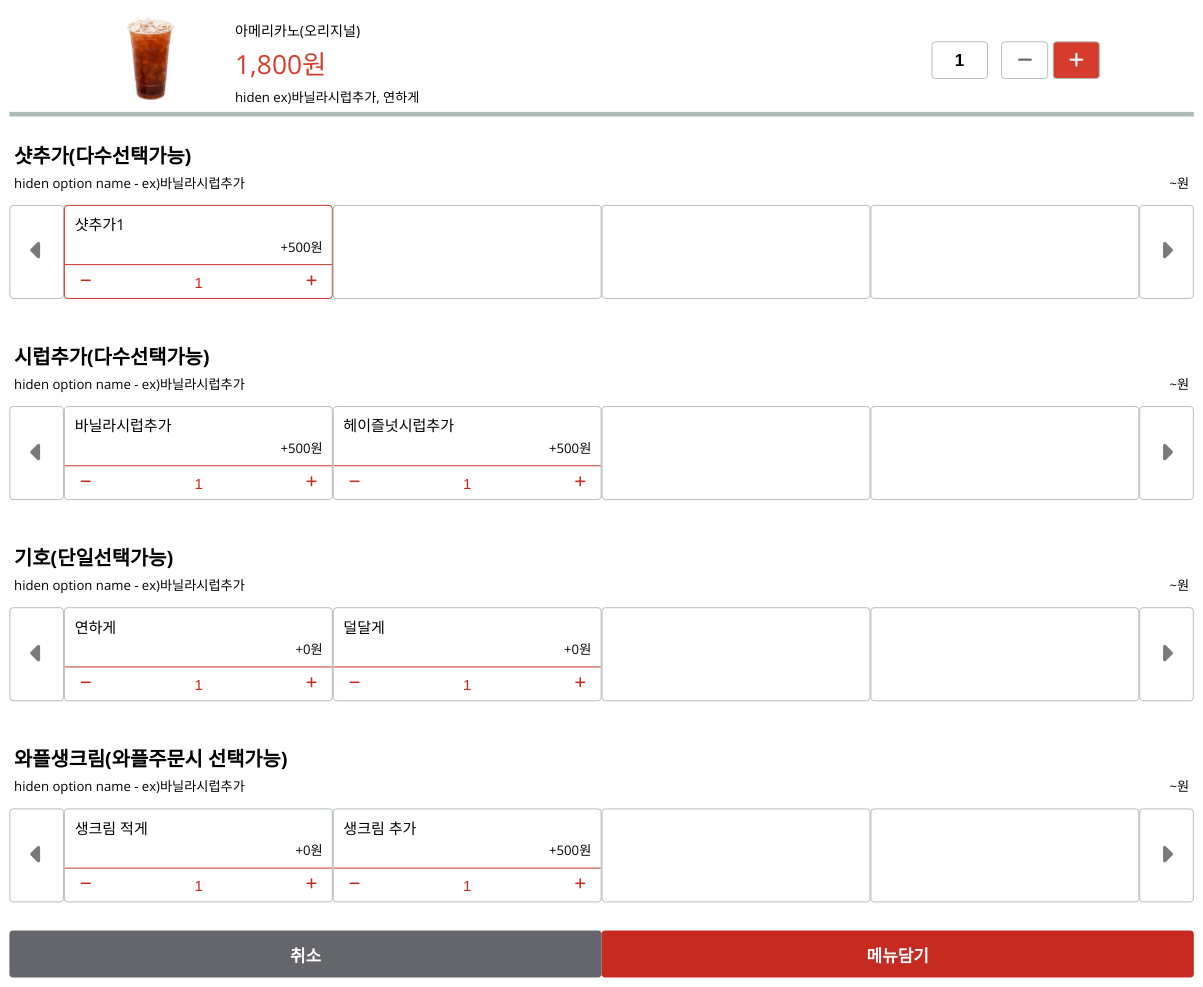
Repository: leebo-ram/tripleacoffee
Page: popup/options.html
These files come from the project's save history. The page is drawn as it stood at one moment and after the next save; the edit follows.
The browser window is 1280 px wide. The pictures show the whole page, at 94% of full size.
Some web libraries are served in a nearby version.

Above is the page before, as saved 2023-01-01 00:17:05.

### popup/options.html
<!DOCTYPE html>
<html lang="en">

<head>
  <meta charset="UTF-8">
  <meta http-equiv="X-UA-Compatible" content="IE=edge">
  <meta name="viewport" content="width=device-width, initial-scale=1.0">
  <title>Select options(옵션선택)</title>
  <meta name="description"
    content="tripleacoffee Portfolio for world-renowned software engineer Lee Bo-ram and Byeon Sang-woo">

  <link rel="icon" type="image/png" href="../img/0_logo/logo_h.jpg" />

  <!-- 무료icon 적용하기 -->
  <script src="https://kit.fontawesome.com/24a94e1bce.js" crossorigin="anonymous"></script>


  <!-- 글씨체 적용하기 -->
  <link href="https://fonts.googleapis.com/css2?family=Open+Sans:wght@400;600;700&display=swap" rel="stylesheet">
  <!-- css(font-글씨체) : font-family: 'Open Sans', sans-serif;-->

  <link rel="stylesheet" href="../style2.css">
  <script src="../main copy.js" defer></script>

</head>

<body>
  <!-- 메뉴 보이기  -->
  <section id="showMenu">
    <!-- 선택한 메뉴 보이기 -->
    <div class="show__menu">
      <img class="showMenu__img" src="../img/1_COFFEE/1_아메리카노.png" alt="아메리카노" />
    </div>

    <div class="showMenu__description">
      <p>아메리카노(오리지널)</p>
      <p class="showMenu__description_price">1,800원</p>
      <p class="option__text select__option nonselect__hiden">hiden ex)바닐라시럽추가, 연하게</p>
    </div>

    <!-- 선택한 메뉴 수량 증감Btn -->
    <div class="plusMinus">
      <input type="text" value="1" class="prod-quantity__input__menu" maxlength="2" autocomplete="off">

      <button class="showMenu__btn showMenu__minus__btn">
        <i class="fas fa-minus"></i>
      </button>

      <button class="showMenu__btn showMenu__plus__btn">
        <i class="fas fa-plus"></i>
      </button>
    </div>
  </section>
  <!-- option__discription!! -->
  <!-- 옵션사항 - 샷추가 -->
  <section id="options">
    <div class="option__discription">
      <h3>샷추가(다수선택가능)</h3>
      <ul class="option__text__hiden">
        <li>hiden option name - ex)바닐라시럽추가</li>
        <li> ~원</li>
      </ul>
    </div>

    <div class="prod-buy__quantity">

      <!-- arrow Btn(양끝 btn) -->
      <button class="options__arrow__left">
        <i class="fas fa-caret-left"></i>
      </button>
      <button class="options__arrow__right">
        <i class="fas fa-caret-right"></i>
      </button>

      <div class="prod-quantity__form selected">
        <p class="quantity__biscriptipn">샷추가1</p>
        <p class="quantity__price">+500원</p>

        <!-- 옵션 수량 증감Btn -->
        <div class="option__plusMinus">
          <input type="text" value="1" maxlength="2" autocomplete="off">

          <!-- plus botton -->
          <button class="prod-quantity__plus" type="button">
            <i class="fas fa-plus"></i>
          </button>

          <!-- minus botton -->
          <button class="prod-quantity__minus" type="button">
            <i class="fas fa-minus"></i>
          </button>
        </div>
      </div>

      <div class="prod-quantity__form">
        <!-- <p class="quantity__biscriptipn ">샷추가2</p>
                  <p class="quantity__price">+500원</p> -->

        <!-- 옵션 수량 증감Btn -->
        <!-- <div class="option__plusMinus">
                    <input type="text" value="1" maxlength="2" autocomplete="off"> -->

        <!-- plus botton -->
        <!-- <button class="prod-quantity__plus" type="button">
                      <i class="fas fa-plus"></i>
                    </button> -->

        <!-- minus botton -->
        <!-- <button class="prod-quantity__minus" type="button">
                      <i class="fas fa-minus"></i>
                    </button>
                  </div> -->
      </div>

      <div class="prod-quantity__form">
        <!-- <p class="quantity__biscriptipn ">샷추가3</p>
              <p class="quantity__price">+500원</p> -->

        <!-- 옵션 수량 증감Btn -->
        <!-- <div class="option__plusMinus ">
                <input type="text" value="1" maxlength="2" autocomplete="off"> -->

        <!-- plus botton -->
        <!-- <button class="prod-quantity__plus" type="button">
                  <i class="fas fa-plus"></i>
                </button> -->

        <!-- minus botton -->
        <!-- <button class="prod-quantity__minus" type="button">
                  <i class="fas fa-minus"></i>
                </button>
              </div> -->
      </div>

      <div class="prod-quantity__form">
        <!-- <p class="quantity__biscriptipn">샷추가4</p>
              <p class="quantity__price">+500원</p> -->

        <!-- 옵션 수량 증감Btn -->
        <!-- <div class="option__plusMinus">
                <input type="text" value="1" maxlength="2" autocomplete="off"> -->

        <!-- plus botton -->
        <!-- <button class="prod-quantity__plus" type="button">
                  <i class="fas fa-plus"></i>
                </button> -->

        <!-- minus botton -->
        <!-- <button class="prod-quantity__minus" type="button">
                  <i class="fas fa-minus"></i>
                </button>
              </div> -->
      </div>
    </div>
  </section>


  <!-- 옵션사항_시럽추가 -->
  <section id="options">
    <div class="option__discription">
      <h3>시럽추가(다수선택가능)</h3>
      <ul class="option__text__hiden">
        <li>hiden option name - ex)바닐라시럽추가</li>
        <li> ~원</li>
      </ul>
    </div>

    <div class="prod-buy__quantity">
      <!-- arrow Btn -->
      <button class="options__arrow__left">
        <i class="fas fa-caret-left"></i>
      </button>
      <button class="options__arrow__right">
        <i class="fas fa-caret-right"></i>
      </button>

      <div class="prod-quantity__form">
        <p class="quantity__biscriptipn">바닐라시럽추가</p>
        <p class="quantity__price">+500원</p>

        <!-- 옵션 수량 증감Btn -->
        <div class="option__plusMinus">
          <input type="text" value="1" maxlength="2" autocomplete="off">

          <!-- plus botton -->
          <button class="prod-quantity__plus" type="button">
            <i class="fas fa-plus"></i>
          </button>

          <!-- minus botton -->
          <button class="prod-quantity__minus" type="button">
            <i class="fas fa-minus"></i>
          </button>
        </div>
      </div>

      <div class="prod-quantity__form">
        <p class="quantity__biscriptipn ">헤이즐넛시럽추가</p>
        <p class="quantity__price">+500원</p>

        <!-- 옵션 수량 증감Btn -->
        <div class="option__plusMinus">
          <input type="text" value="1" maxlength="2" autocomplete="off">

          <!-- plus botton -->
          <button class="prod-quantity__plus" type="button">
            <i class="fas fa-plus"></i>
          </button>

          <!-- minus botton -->
          <button class="prod-quantity__minus" type="button">
            <i class="fas fa-minus"></i>
          </button>
        </div>
      </div>

      <div class="prod-quantity__form">
        <!-- <p class="quantity__biscriptipn ">샷추가3</p>
              <p class="quantity__price">+500원</p> -->

        <!-- 옵션 수량 증감Btn -->
        <!-- <div class="option__plusMinus ">
                <input type="text" value="1" maxlength="2" autocomplete="off"> -->

        <!-- plus botton -->
        <!-- <button class="prod-quantity__plus" type="button">
                  <i class="fas fa-plus"></i>
                </button> -->

        <!-- minus botton -->
        <!-- <button class="prod-quantity__minus" type="button">
                  <i class="fas fa-minus"></i>
                </button>
              </div> -->
      </div>

      <div class="prod-quantity__form">
        <!-- <p class="quantity__biscriptipn">샷추가4</p>
              <p class="quantity__price">+500원</p> -->

        <!-- 옵션 수량 증감Btn -->
        <!-- <div class="option__plusMinus">
                <input type="text" value="1" maxlength="2" autocomplete="off"> -->

        <!-- plus botton -->
        <!-- <button class="prod-quantity__plus" type="button">
                  <i class="fas fa-plus"></i>
                </button> -->

        <!-- minus botton -->
        <!-- <button class="prod-quantity__minus" type="button">
                  <i class="fas fa-minus"></i>
                </button>
              </div> -->
      </div>
    </div>
  </section>


  <!-- 옵션사항_기호(단일선택) -->
  <section id="options">
    <div class="option__discription">
      <h3>기호(단일선택가능)</h3>
      <ul class="option__text__hiden">
        <li>hiden option name - ex)바닐라시럽추가</li>
        <li> ~원</li>
      </ul>
    </div>

    <div class="prod-buy__quantity">
      <!-- arrow Btn -->
      <button class="options__arrow__left">
        <i class="fas fa-caret-left"></i>
      </button>
      <button class="options__arrow__right">
        <i class="fas fa-caret-right"></i>
      </button>

      <div class="prod-quantity__form">
        <p class="quantity__biscriptipn">연하게</p>
        <p class="quantity__price">+0원</p>

        <!-- 옵션 수량 증감Btn -->
        <div class="option__plusMinus">
          <input type="text" value="1" maxlength="2" autocomplete="off">

          <!-- plus botton -->
          <button class="prod-quantity__plus" type="button">
            <i class="fas fa-plus"></i>
          </button>

          <!-- minus botton -->
          <button class="prod-quantity__minus" type="button">
            <i class="fas fa-minus"></i>
          </button>
        </div>
      </div>

      <div class="prod-quantity__form">
        <p class="quantity__biscriptipn ">덜달게</p>
        <p class="quantity__price">+0원</p>

        <!-- 옵션 수량 증감Btn -->
        <div class="option__plusMinus">
          <input type="text" value="1" maxlength="2" autocomplete="off">

          <!-- plus botton -->
          <button class="prod-quantity__plus" type="button">
            <i class="fas fa-plus"></i>
          </button>

          <!-- minus botton -->
          <button class="prod-quantity__minus" type="button">
            <i class="fas fa-minus"></i>
          </button>
        </div>
      </div>

      <div class="prod-quantity__form">
        <!-- <p class="quantity__biscriptipn ">샷추가3</p>
              <p class="quantity__price">+500원</p> -->

        <!-- 옵션 수량 증감Btn -->
        <!-- <div class="option__plusMinus ">
                <input type="text" value="1" maxlength="2" autocomplete="off"> -->

        <!-- plus botton -->
        <!-- <button class="prod-quantity__plus" type="button">
                  <i class="fas fa-plus"></i>
                </button> -->

        <!-- minus botton -->
        <!-- <button class="prod-quantity__minus" type="button">
                  <i class="fas fa-minus"></i>
                </button>
              </div> -->
      </div>

      <div class="prod-quantity__form">
        <!-- <p class="quantity__biscriptipn">샷추가4</p>
              <p class="quantity__price">+500원</p> -->

        <!-- 옵션 수량 증감Btn -->
        <!-- <div class="option__plusMinus">
                <input type="text" value="1" maxlength="2" autocomplete="off"> -->

        <!-- plus botton -->
        <!-- <button class="prod-quantity__plus" type="button">
                  <i class="fas fa-plus"></i>
                </button> -->

        <!-- minus botton -->
        <!-- <button class="prod-quantity__minus" type="button">
                  <i class="fas fa-minus"></i>
                </button>
              </div> -->
      </div>
    </div>
  </section>


  <!-- 옵션사항_기호(단일선택):와플생크림 적게 -->
  <section id="options">
    <div class="option__discription">
      <h3 class="option__text">와플생크림(와플주문시 선택가능)</h3>
      <ul class="option__text__hiden">
        <li class="nonSelect__hiden">hiden option name - ex)바닐라시럽추가</li>
        <li class="nonSelect__hiden"> ~원</li>
      </ul>
    </div>

    <div class="prod-buy__quantity">
      <!-- arrow Btn -->
      <button class="options__arrow__left">
        <i class="fas fa-caret-left"></i>
      </button>
      <button class="options__arrow__right">
        <i class="fas fa-caret-right"></i>
      </button>

      <div class="prod-quantity__form">
        <p class="quantity__biscriptipn">생크림 적게</p>
        <p class="quantity__price">+0원</p>

        <!-- 옵션 수량 증감Btn -->
        <div class="option__plusMinus">
          <input type="text" value="1" maxlength="2" autocomplete="off">

          <!-- plus botton -->
          <button class="prod-quantity__plus" type="button">
            <i class="fas fa-plus"></i>
          </button>

          <!-- minus botton -->
          <button class="prod-quantity__minus" type="button">
            <i class="fas fa-minus"></i>
          </button>
        </div>
      </div>

      <div class="prod-quantity__form">
        <p class="quantity__biscriptipn ">생크림 추가</p>
        <p class="quantity__price">+500원</p>

        <!-- 옵션 수량 증감Btn -->
        <div class="option__plusMinus">
          <input type="text" value="1" maxlength="2" autocomplete="off">

          <!-- plus botton -->
          <button class="prod-quantity__plus" type="button">
            <i class="fas fa-plus"></i>
          </button>

          <!-- minus botton -->
          <button class="prod-quantity__minus" type="button">
            <i class="fas fa-minus"></i>
          </button>
        </div>
      </div>

      <div class="prod-quantity__form">
        <!-- <p class="quantity__biscriptipn ">샷추가3</p>
              <p class="quantity__price">+500원</p> -->

        <!-- 옵션 수량 증감Btn -->
        <!-- <div class="option__plusMinus ">
                <input type="text" value="1" maxlength="2" autocomplete="off"> -->

        <!-- plus botton -->
        <!-- <button class="prod-quantity__plus" type="button">
                  <i class="fas fa-plus"></i>
                </button> -->

        <!-- minus botton -->
        <!-- <button class="prod-quantity__minus" type="button">
                  <i class="fas fa-minus"></i>
                </button>
              </div> -->
      </div>

      <div class="prod-quantity__form">
        <!-- <p class="quantity__biscriptipn">샷추가4</p>
              <p class="quantity__price">+500원</p> -->

        <!-- 옵션 수량 증감Btn -->
        <!-- <div class="option__plusMinus">
                <input type="text" value="1" maxlength="2" autocomplete="off"> -->

        <!-- plus botton -->
        <!-- <button class="prod-quantity__plus" type="button">
                  <i class="fas fa-plus"></i>
                </button> -->

        <!-- minus botton -->
        <!-- <button class="prod-quantity__minus" type="button">
                  <i class="fas fa-minus"></i>
                </button>
              </div> -->
      </div>
    </div>
  </section>



  <!-- 취소, 메뉴담기 btn -->
  <section id="carts">
    <div class="cart">
      <a href="../menu/menu_v2.html">
        <button class="cart_btn cart__cansle__Btn">취소</button>
      </a>
    </div>
    <div class="cart">
      <button class="cart_btn cart__ok__Btn">메뉴담기</button>
    </div>
  </section>

</body>

</html>

Loaded but not shown: main copy.js (14 lines, source omitted); style2.css (1077 lines, source omitted)

After the next save:
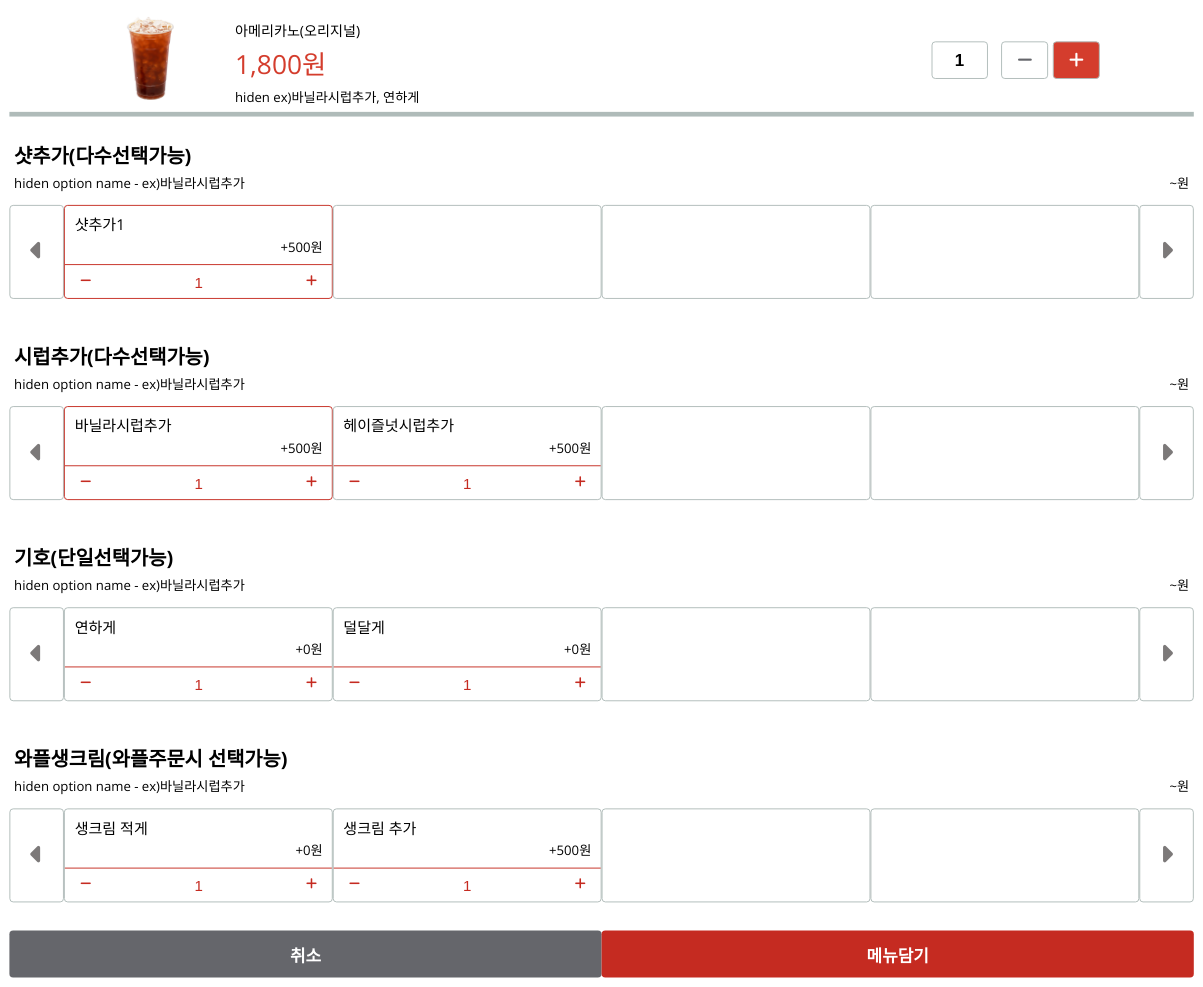
Saved 45 s later.
--- a/popup/options.html
+++ b/popup/options.html
@@ -174,7 +174,7 @@
         <i class="fas fa-caret-right"></i>
       </button>
 
-      <div class="prod-quantity__form">
+      <div class="prod-quantity__form selected">
         <p class="quantity__biscriptipn">바닐라시럽추가</p>
         <p class="quantity__price">+500원</p>
 
